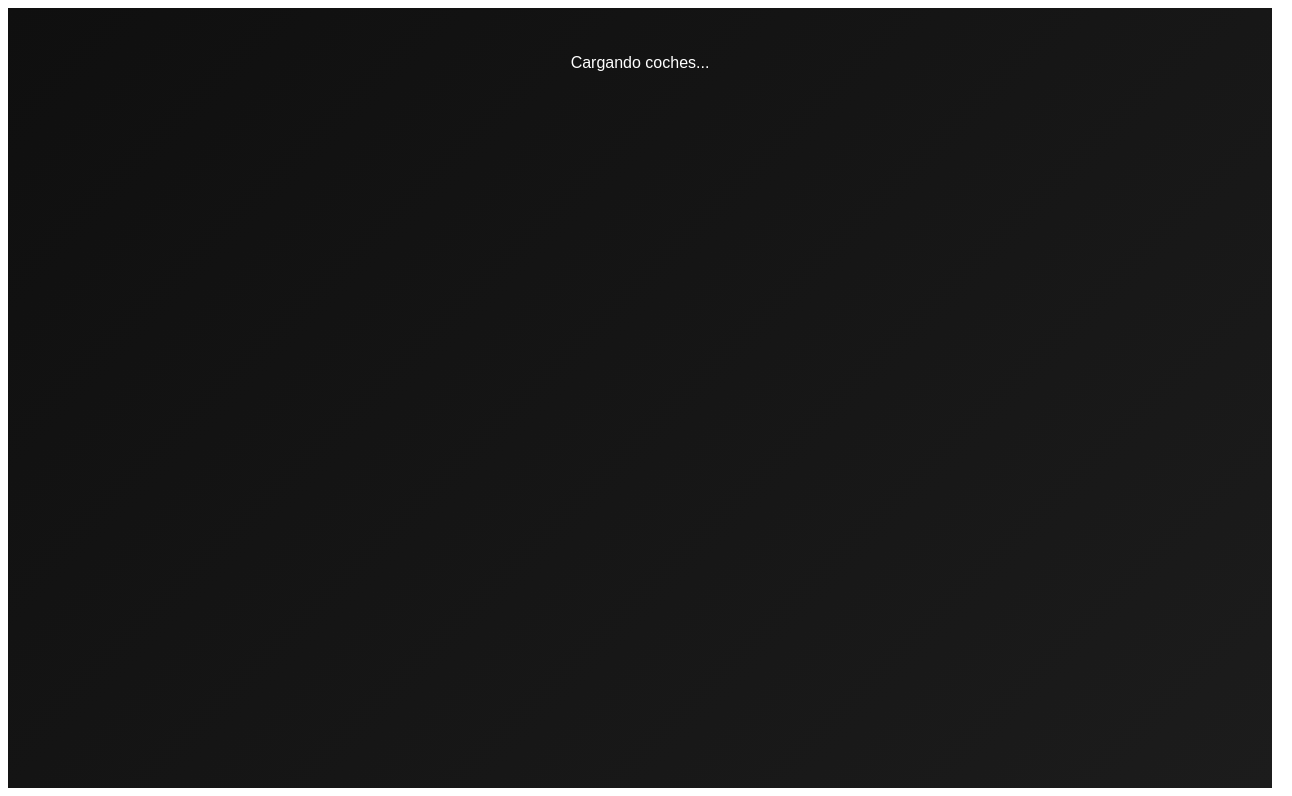
Repository: demoniers/clase
Page: /concesionario (app in misproyectos/concesionario/)
The author's editor kept a copy of each file at every save. The page is drawn from the files as they stood at one save, then again after the next save.
The browser window is 1280 px wide. The page is 1280 px wide, then 1292 px, so the pictures cover 1292 px, including what lies to the right of the window. The pictures show the whole page.
The page's requests for data from a server got no answer. The project was rebuilt for these pictures with package versions that can differ from the ones it lists, and the page was loaded fresh each time. No one was signed in, and anything a server would have sent is missing. Imported but missing from the stored project, and not drawn on this page: misproyectos/concesionario/src/routes/Home.

Above is the page before, as saved 2025-03-19 11:20:35.

### misproyectos/concesionario/src/index.js
import React from 'react';
import { createRoot } from 'react-dom/client';
import { BrowserRouter } from 'react-router-dom';
import App from './App';

const rootElement = document.getElementById('root');
const root = createRoot(rootElement);

root.render(
  <React.StrictMode>
    <BrowserRouter>
      <App />
    </BrowserRouter>
  </React.StrictMode>
);


/*import React from 'react';
import { createRoot } from 'react-dom/client';
import App from './App';
import ReactDOM from 'react-dom/client';
import './index.css';
import { BrowserRouter } from 'react-router-dom';

const rootElement = document.getElementById('root');
const root = createRoot(rootElement);

root.render(
  <React.StrictMode>
    <App />
  </React.StrictMode>
);
*/

// If you want to start measuring performance in your app, pass a function
// to log results (for example: reportWebVitals(console.log))
// or send to an analytics endpoint. Learn more: https://bit.ly/CRA-vitals
//reportWebVitals();

### misproyectos/concesionario/src/App.js
import React from 'react';
import { Route, Routes } from 'react-router-dom';
import Home from './routes/Home';
import Concesionario from './routes/concesionario/Concesionario';

function App() {
  return (
    <Routes>
      <Route path="/" element={<Home />} />
      <Route path="/concesionario" element={<Concesionario />} />
      <Route path="/login" element={<login />} />
    </Routes>
  );
}

export default App;

### misproyectos/concesionario/src/routes/concesionario/Concesionario.js
import React, { useState, useEffect } from 'react';
import './Concesionario.css'; // Archivo CSS actualizado

function Concesionario() {
  const [coches, setCoches] = useState([]);
  const [cocheSeleccionado, setCocheSeleccionado] = useState(null);

  useEffect(() => {
    async function fetchData() {
      try {
        const response = await fetch('http://10.0.0.124:5000/api/coches');
        const data = await response.json();
        setCoches(data);
        setCocheSeleccionado(data[0]);
      } catch (error) {
        console.error('Error al obtener los datos:', error);
      }
    }

    fetchData();
  }, []);

  const seleccionarCoche = (coche) => {
    setCocheSeleccionado(coche);
  };

  return (
    <div className="concesionario">
      {cocheSeleccionado ? (
        <div className="contenido">
          {/* Imagen grande del coche */}
          <div className="imagen-grande">
            <img src={`/img/${cocheSeleccionado.img_coche}`} alt={cocheSeleccionado.nombre_coche} />
          </div>

          {/* Estadísticas del coche */}
          <div className="caracteristicas">
            <h3>Características de {cocheSeleccionado.nombre_coche}</h3>
            <div className="barra">
              <label>Velocidad:</label>
              <div className="barra-externa">
                <div
                  className="barra-interna"
                  style={{ width: `${cocheSeleccionado.velocidad || 0}%` }}
                ></div>
              </div>
            </div>
            <div className="barra">
              <label>Aceleración:</label>
              <div className="barra-externa">
                <div
                  className="barra-interna"
                  style={{ width: `${cocheSeleccionado.aceleracion || 0}%` }}
                ></div>
              </div>
            </div>
            <div className="barra">
              <label>Frenado:</label>
              <div className="barra-externa">
                <div className="barra-interna" style={{ width: `${cocheSeleccionado.frenado || 0}%` }} ></div>
              </div>
            </div>
          </div>
        </div>
      ) : (
        <p>Cargando coches...</p>
      )}

      {/* Barra de navegación */}
      <div className="barra-navegacion">
        {coches.map((coche) => (
          <div
            key={coche.id}
            className={`tarjeta ${coche.id === cocheSeleccionado.id ? 'seleccionado' : ''}`}
            onClick={() => seleccionarCoche(coche)}
          >
            <img src={`/img/${coche.img_coche}`} alt={coche.nombre_coche} />
            <p>{coche.nombre_coche}</p>
          </div>
        ))}
      </div>
    </div>
  );
}

export default Concesionario;

### misproyectos/concesionario/src/routes/concesionario/Concesionario.css
/* Concesionario.css */

/* Estilo general */
.concesionario {
  font-family: 'Arial', sans-serif;
  color: white;
  background: linear-gradient(135deg, #0f0f0f, #1c1c1c);
  display: flex;
  flex-direction: column;
  align-items: center;
  padding: 30px;
  min-height: 100vh;
}

/* Contenedor principal del contenido */
.contenido {
  display: flex;
  flex-wrap: wrap; /* Responsivo */
  align-items: flex-start;
  gap: 20px;
  width: 100%;
  max-width: 1300px;
  margin-bottom: 30px;
  justify-content: space-between; /* Espacio entre imagen y características */
}

/* Imagen del coche */
.imagen-grande {
  flex: 2; /* Ocupa más espacio relativo */
  max-width: 840px;
  text-align: center;
}

.imagen-grande img {
  width: 100%;
  border-radius: 10px;
  box-shadow: 0 8px 20px rgba(0, 0, 0, 0.8);
  transition: transform 0.5s ease, box-shadow 0.5s ease;
}

.imagen-grande img:hover {
  transform: scale(1.05);
  box-shadow: 0 12px 30px rgba(0, 0, 0, 1);
}

/* Estadísticas del coche */
.caracteristicas {
  background: #1f1f1f88;
  padding: 20px;
  border-radius: 10px;
  box-shadow: 0 4px 10px rgba(0, 0, 0, 0.7);
  color: white;
  flex: 1; /* Espacio proporcional */
  max-width: 300px; /* Ancho máximo */
}

.caracteristicas h3 {
  margin-bottom: 20px;
  text-transform: uppercase;
  color: #e2b007;
  font-size: 1.5rem;
}

.barra {
  margin-bottom: 15px;
}

.barra label {
  display: block;
  font-size: 1rem;
  margin-bottom: 5px;
}

.barra-externa {
  background: #333;
  border-radius: 10px;
  height: 20px;
  position: relative;
  overflow: hidden;
}

.barra-interna {
  background: #e2b007;
  height: 100%;
  transition: width 0.5s ease;
}

/* Barra de navegación */
.barra-navegacion {
  display: flex;
  overflow-x: auto;
  gap: 20px;
  padding: 20px;
  width: 100%;
  justify-content: center;
}

.barra-navegacion::-webkit-scrollbar {
  height: 10px;
}

.barra-navegacion::-webkit-scrollbar-thumb {
  background-color: #e2b007;
  border-radius: 10px;
}

.tarjeta {
  flex: 0 0 auto;
  background: #1f1f1f;
  border-radius: 10px;
  overflow: hidden;
  text-align: center;
  width: 150px;
  cursor: pointer;
  transition: transform 0.3s ease, background 0.3s ease;
  border: 2px solid transparent;
}

.tarjeta img {
  width: 100%;
  border-bottom: 1px solid #333;
  transition: transform 0.3s ease;
}

.tarjeta:hover img {
  transform: scale(1.05);
}

.tarjeta p {
  color: white;
  font-weight: bold;
  margin: 10px 0;
  font-size: 1rem;
}

.tarjeta:hover {
  transform: scale(1.1);
  background: #2c2c2c;
  border: 2px solid #e2b007;
}

.tarjeta.seleccionado {
  background: #e2b007;
  color: black;
  transform: scale(1.15);
  border: 2px solid #fff;
}

Loaded but not shown: misproyectos/concesionario/public/index.html (common file)

After the next save:
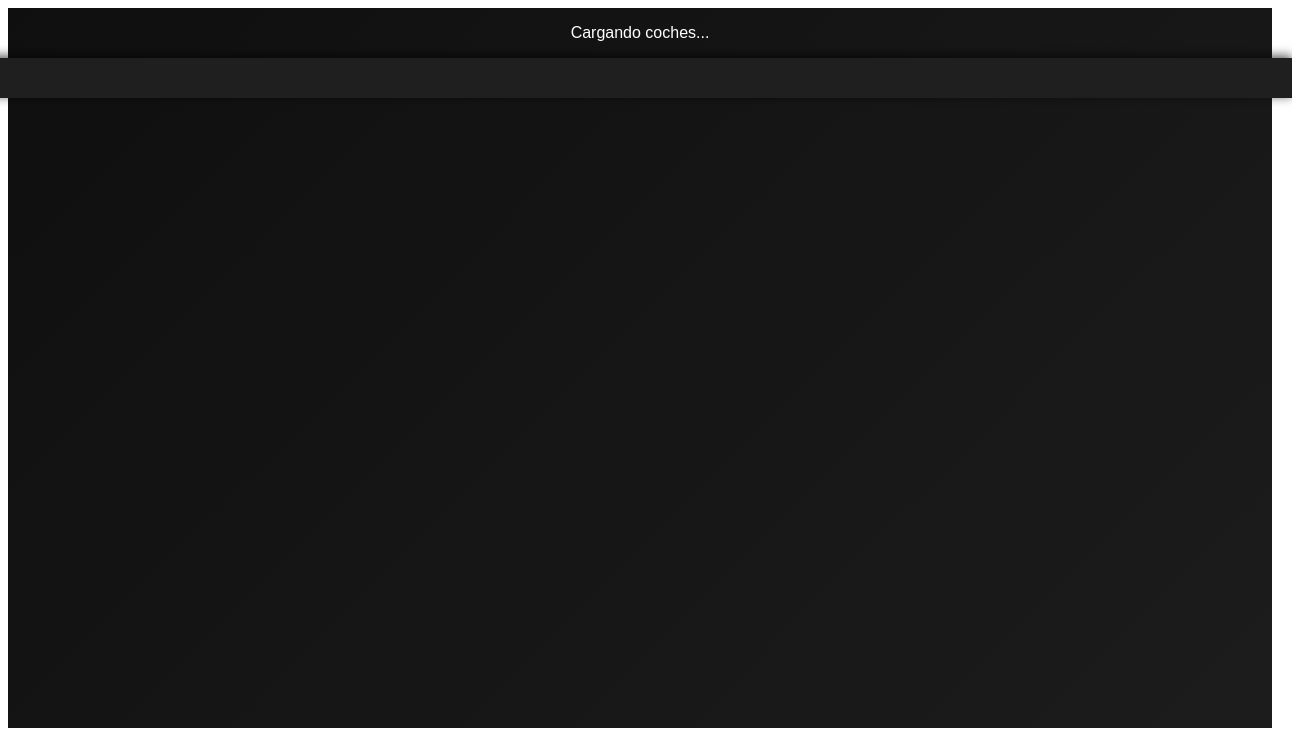
Saved 2 min 45 s later.
--- a/misproyectos/concesionario/src/routes/concesionario/Concesionario.css
+++ b/misproyectos/concesionario/src/routes/concesionario/Concesionario.css
@@ -8,31 +8,36 @@
   display: flex;
   flex-direction: column;
   align-items: center;
-  padding: 30px;
+  padding: 0;
   min-height: 100vh;
 }
 
-/* Contenedor principal del contenido */
+/* Contenedor principal dividido en dos secciones */
 .contenido {
   display: flex;
   flex-wrap: wrap; /* Responsivo */
   align-items: flex-start;
-  gap: 20px;
+  justify-content: space-between;
   width: 100%;
+  height: 75%; /* Ocupa el 75% superior */
   max-width: 1300px;
-  margin-bottom: 30px;
-  justify-content: space-between; /* Espacio entre imagen y características */
+  padding: 20px;
 }
 
 /* Imagen del coche */
 .imagen-grande {
-  flex: 2; /* Ocupa más espacio relativo */
+  flex: 2; /* Espacio proporcional */
   max-width: 840px;
+  height: 100%; /* Ocupa todo el espacio vertical disponible */
   text-align: center;
+  display: flex;
+  flex-direction: column;
+  justify-content: center;
 }
 
 .imagen-grande img {
-  width: 100%;
+  max-height: 100%; /* Imagen se adapta al contenedor */
+  max-width: 100%;
   border-radius: 10px;
   box-shadow: 0 8px 20px rgba(0, 0, 0, 0.8);
   transition: transform 0.5s ease, box-shadow 0.5s ease;
@@ -43,15 +48,22 @@
   box-shadow: 0 12px 30px rgba(0, 0, 0, 1);
 }
 
+.imagen-grande h2 {
+  margin-top: 15px;
+  font-size: 1.5rem;
+  color: #e2b007;
+}
+
 /* Estadísticas del coche */
 .caracteristicas {
-  background: #1f1f1f88;
+  flex: 1; /* Espacio proporcional */
+  max-width: 300px; /* Máximo ancho */
+  background: rgba(31, 31, 31, 0.9); /* Fondo semitransparente */
   padding: 20px;
   border-radius: 10px;
   box-shadow: 0 4px 10px rgba(0, 0, 0, 0.7);
   color: white;
-  flex: 1; /* Espacio proporcional */
-  max-width: 300px; /* Ancho máximo */
+  height: 100%; /* Ocupa todo el espacio vertical disponible */
 }
 
 .caracteristicas h3 {
@@ -92,7 +104,11 @@
   gap: 20px;
   padding: 20px;
   width: 100%;
+  height: 25%; /* Ocupa el 25% inferior */
   justify-content: center;
+  align-items: center;
+  background: #1f1f1f; /* Fondo sólido para contraste */
+  box-shadow: 0 -2px 10px rgba(0, 0, 0, 0.7);
 }
 
 .barra-navegacion::-webkit-scrollbar {
